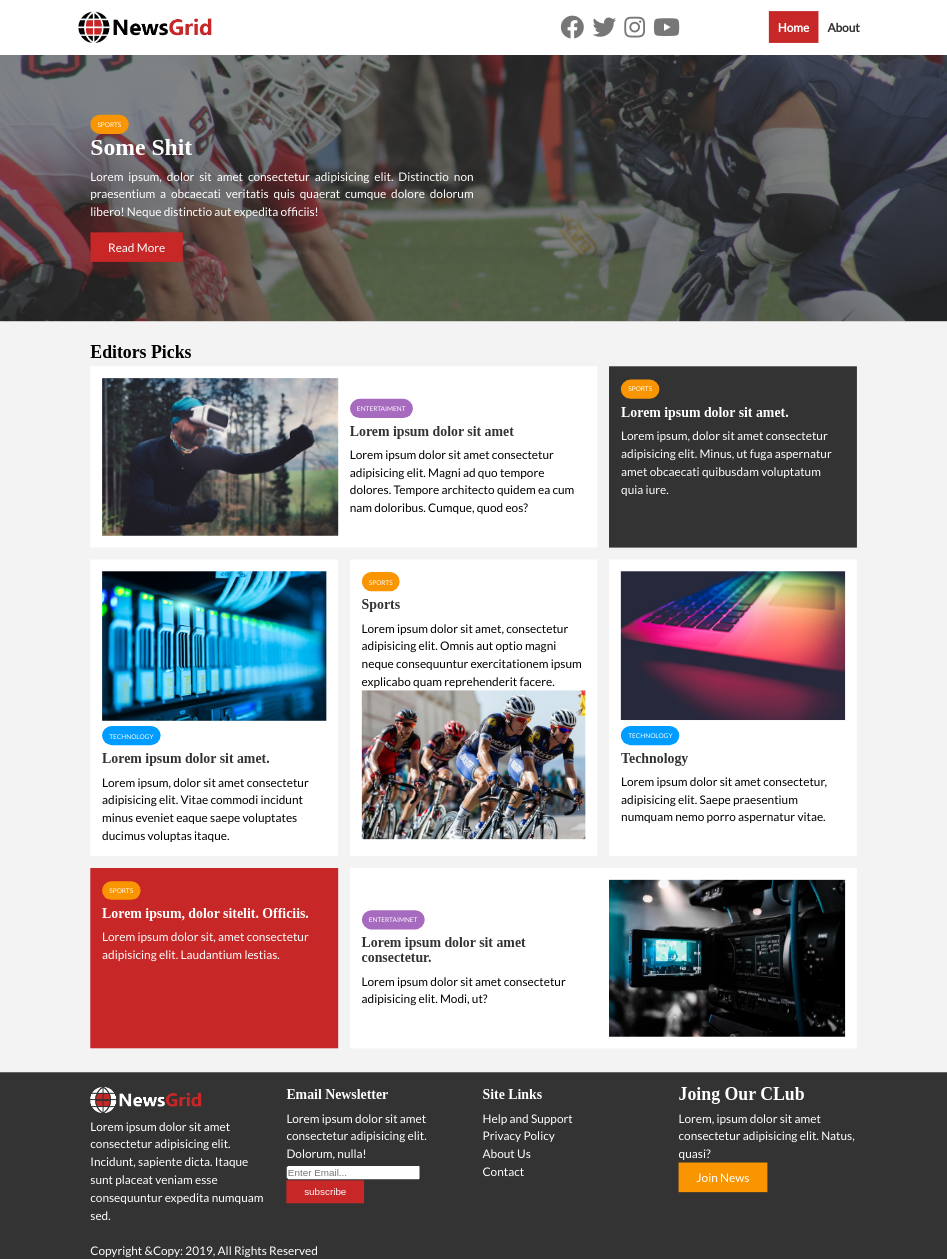
Repository: EswinGiova/NewsGrid
Page: index.html
An editor plug-in stored every save of this project. The page is shown before and after the next save, followed by the edit.
The browser window is 1280 px wide. The pictures show the whole page, at 74% of full size.
Some web libraries are served in a nearby version.

Above is the page before, as saved 2020-09-20 15:51:13.

After the next save:
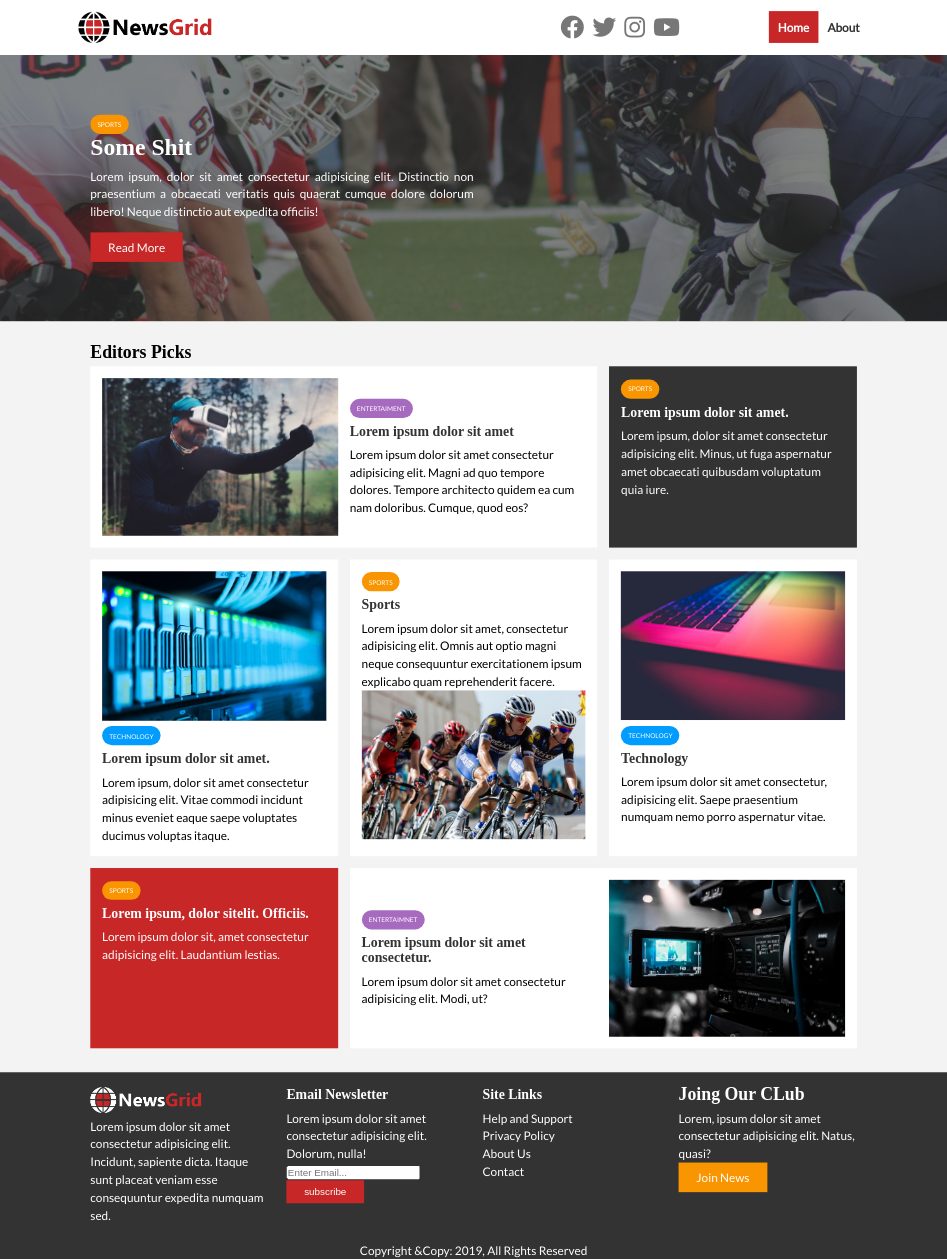
Saved 28 s later.
--- a/css/style.css
+++ b/css/style.css
@@ -280,4 +280,5 @@ h6 {
 
 #main-footer .footer-container > *:last-child {
   grid-column: 1 / span 4;
-}
+  justify-self: center;
+}
